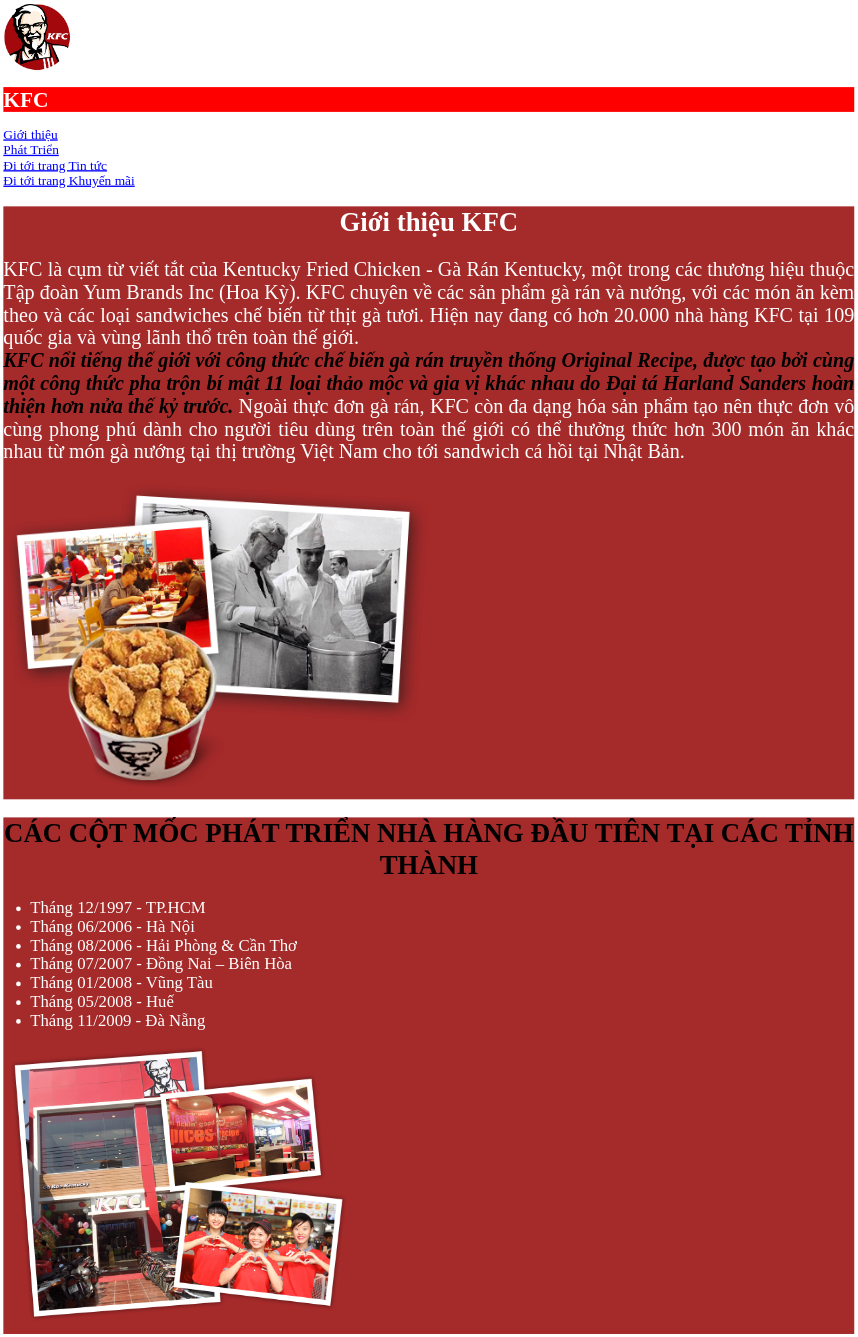
Repository: giahuy405/BC38__-BaiTapHTML_KFC__Pham_Gia_Huy
Page: index.html
The author's editor kept a copy of each file at every save. The page is drawn from the files as they stood at one save, then again after the next save.
The browser window is 1280 px wide. The pictures show the whole page, at 67% of full size.

Above is the page before, as saved 2022-09-06 19:34:31.

After the next save:
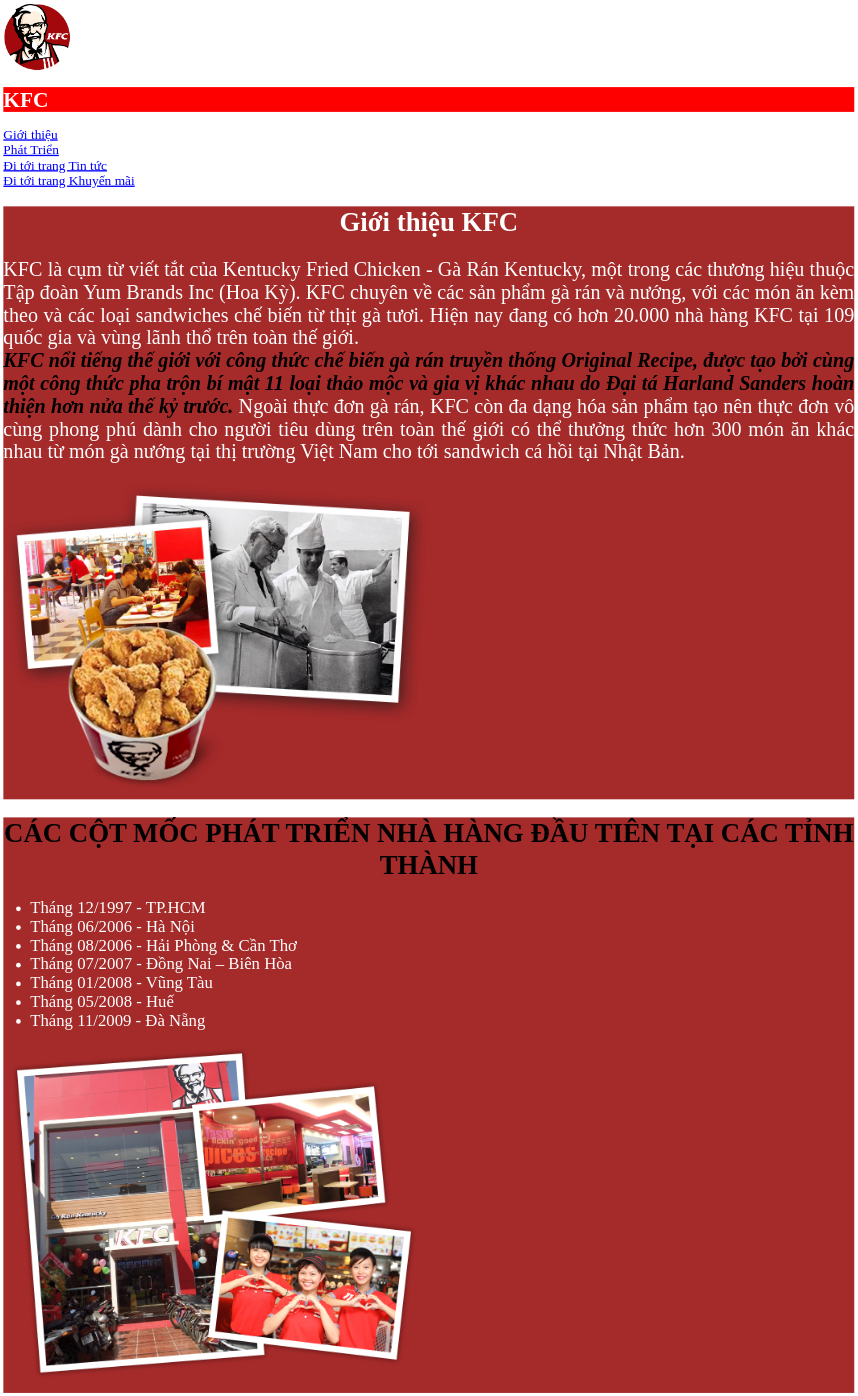
Saved 24 s later.
--- a/index.html
+++ b/index.html
@@ -42,7 +42,7 @@
             <li>Tháng 05/2008 - Huế</li>
             <li>Tháng 11/2009 - Đà Nẵng</li>
         </ul>
-        <img src="./img/about-pic-3.png" alt="">
+        <img style="width:50%" src="./img/about-pic-3.png" alt="">
 
     </div>
 </body>
